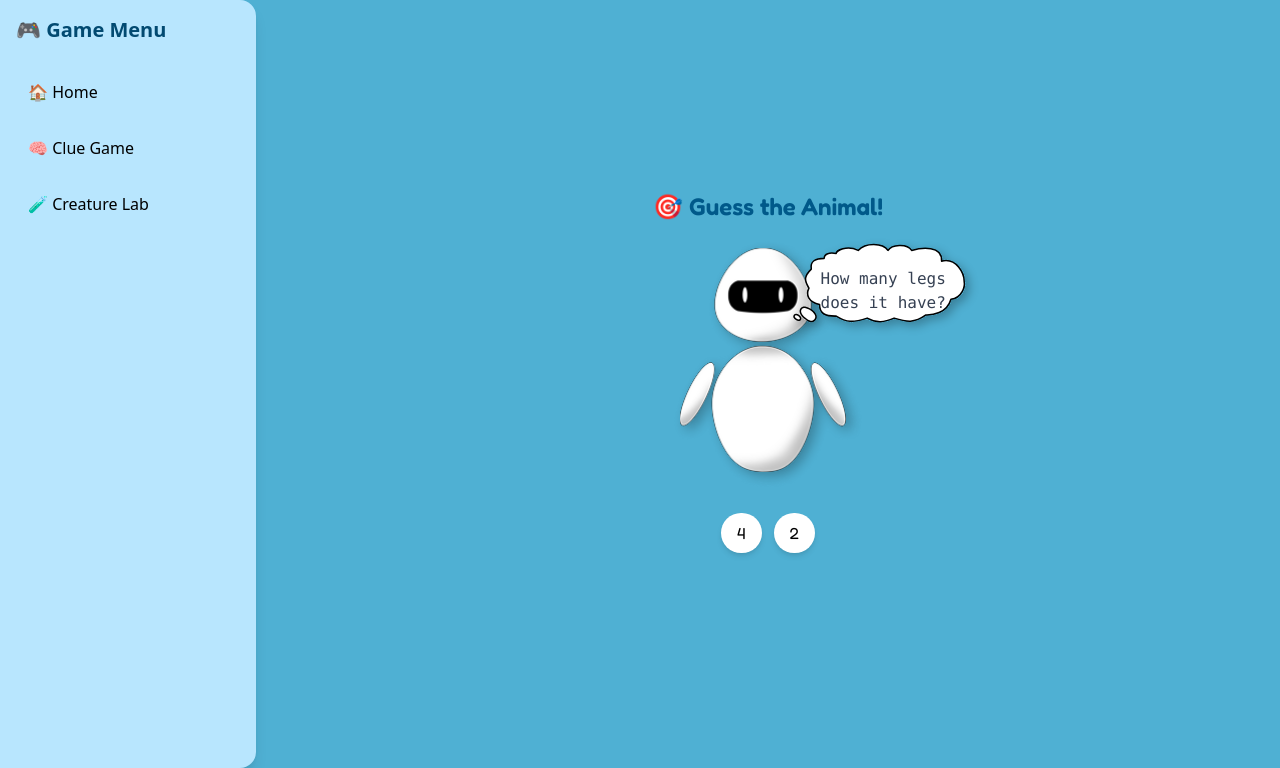
Repository: BN2323/TosAI
Page: /clue-game (app in client/)
These files come from the project's save history. The page is drawn as it stood at one moment and after the next save; the edit follows.
The browser window is 1280 px wide. The pictures show the whole page.
The project was rebuilt for these pictures with package versions that can differ from the ones it lists, and the page was loaded fresh each time. Also part of the build but not shown: client/vite.config.js, client/src/components/NavButton.jsx, client/src/pages/Home.jsx, client/src/pages/CreatureLab.jsx.

Above is the page before, as saved 2025-07-06 23:23:22.

### client/index.html
<!doctype html>
<html lang="en">
  <head>
    <meta charset="UTF-8" />
    <link rel="icon" type="image/svg+xml" href="/vite.svg" />
    <meta name="viewport" content="width=device-width, initial-scale=1.0" />
    <title>Vite + React</title>
    <link href="https://fonts.googleapis.com/css2?family=Fredoka:wght@400;600&display=swap" rel="stylesheet">
  </head>
  <body>
    <div id="root"></div>
    <script type="module" src="/src/main.jsx"></script>
  </body>
</html>

### client/src/index.css
@import "tailwindcss";

@layer components{
  .background{
    height: 100vh;
    width: 100%;
  }
  .button-hover{
    background-color: #62FFA3;
  }
  .main-col{
    background-color: #69CFF3;
  }
}

body {
  background-color: #4FB0D3;
  width: 100%;
  height: 100vh;
  overflow: hidden;
}

### client/src/App.jsx
import { BrowserRouter, Routes, Route } from "react-router-dom";
import Home from "./pages/Home";
import ClueGame from "./pages/ClueGame";
import CreatureLab from "./pages/CreatureLab";
import NavBar from "./components/NavBar";

export default function App() {
  return (
    <BrowserRouter>
      <div className="flex min-h-screen">
        {/* Sidebar */}
        <NavBar />

        {/* Page Content */}
        <div className="flex-1 p-6">
          <Routes>
            <Route path="/" element={<Home />} />
            <Route path="/clue-game" element={<ClueGame />} />
            <Route path="/creature-lab" element={<CreatureLab />} />
          </Routes>
        </div>
      </div>
    </BrowserRouter>
  );
}

### client/src/pages/ClueGame.jsx
import React, { useState, useEffect } from "react";
import Botto from "../assets/botto.png"
import DClound from "../assets/dialog clound.svg"
import Pig from "../assets/animals/pig.jpg"
import Dog from "../assets/animals/dog.jpg"
import Cat from "../assets/animals/cat.jpg"
import Cow from "../assets/animals/cow.jpg"
import Sheep from "../assets/animals/sheep.jpg"
import Horse from "../assets/animals/horse.jpg"
import Chicken from "../assets/animals/chicken.jpg"
import Duck from "../assets/animals/duck.jpg"
import Eagle from "../assets/animals/eagle.jpg"
import Owl from "../assets/animals/owl.jpg"
import Parrot from "../assets/animals/parrot.jpg"

export const animals = [
  { name: "Pig", legs: 4, habitat: "Farm", fly: "no", size: "medium", active: "day", color: "pink", sound: "Oink", src: Pig },
  { name: "Dog", legs: 4, habitat: "House", fly: "no", size: "medium", active: "day", color: "varies", sound: "Woof", src: Dog },
  { name: "Cat", legs: 4, habitat: "House", fly: "no", size: "small", active: "night", color: "varies", sound: "Meow", src: Cat },
  { name: "Cow", legs: 4, habitat: "Farm", fly: "no", size: "large", active: "day", color: "black and white", sound: "Moo", src: Cow },
  { name: "Sheep", legs: 4, habitat: "Farm", fly: "no", size: "medium", active: "day", color: "white", sound: "Baa", src: Sheep },
  { name: "Horse", legs: 4, habitat: "Farm", fly: "no", size: "large", active: "day", color: "brown", sound: "Neigh", src: Horse },
  { name: "Chicken", legs: 2, habitat: "Farm", fly: "yes", size: "small", active: "day", color: "white", sound: "Cluck", src: Chicken },
  { name: "Duck", legs: 2, habitat: "Pond", fly: "yes", size: "medium", active: "day", color: "white", sound: "Quack", src: Duck },
  { name: "Eagle", legs: 2, habitat: "Forest", fly: "yes", size: "large", active: "day", color: "brown", sound: "Screech", src: Eagle },
  { name: "Owl", legs: 2, habitat: "Forest", fly: "yes", size: "small", active: "night", color: "brown", sound: "Hoot", src: Owl },
  { name: "Parrot", legs: 2, habitat: "House", fly: "yes", size: "small", active: "day", color: "green", sound: "Squawk", src: Parrot },
  // { name: "Bee", legs: 6, habitat: "Garden", fly: "yes", size: "tiny", active: "day", color: "yellow", sound: "Buzz", src: Bee },
  // { name: "Butterfly", legs: 6, habitat: "Garden", fly: "yes", size: "tiny", active: "day", color: "varies", sound: "Silent", src: Butterfly },
  // { name: "Frog", legs: 4, habitat: "Pond", fly: "no", size: "small", active: "night", color: "green", sound: "Croak", src: Frog },
  // { name: "Snake", legs: 0, habitat: "Forest", fly: "no", size: "medium", active: "day", color: "green", sound: "Hiss", src: Snake },
  // { name: "Wolf", legs: 4, habitat: "Forest", fly: "no", size: "medium", active: "night", color: "gray", sound: "Howl", src: Wolf },
  // { name: "Bear", legs: 4, habitat: "Forest", fly: "no", size: "large", active: "day", color: "brown", sound: "Growl", src: Bear },
  // { name: "Polar Bear", legs: 4, habitat: "Arctic", fly: "no", size: "large", active: "day", color: "white", sound: "Growl", src: PolarBear },
  // { name: "Penguin", legs: 2, habitat: "Arctic", fly: "no", size: "medium", active: "day", color: "black and white", sound: "Honk", src: Penguin },
  // { name: "Kangaroo", legs: 2, habitat: "Grassland", fly: "no", size: "large", active: "day", color: "brown", sound: "Chortle", src: Kangaroo },
  // { name: "Elephant", legs: 4, habitat: "Savanna", fly: "no", size: "large", active: "day", color: "gray", sound: "Trumpet", src: Elephant },
  // { name: "Lion", legs: 4, habitat: "Savanna", fly: "no", size: "large", active: "day", color: "golden", sound: "Roar", src: Lion },
  // { name: "Tiger", legs: 4, habitat: "Forest", fly: "no", size: "large", active: "night", color: "orange", sound: "Roar", src: Tiger },
  // { name: "Deer", legs: 4, habitat: "Forest", fly: "no", size: "medium", active: "day", color: "brown", sound: "Bleat", src: Deer },
  // { name: "Giraffe", legs: 4, habitat: "Savanna", fly: "no", size: "large", active: "day", color: "yellow", sound: "Silent", src: Giraffe },
  // { name: "Monkey", legs: 2, habitat: "Forest", fly: "no", size: "small", active: "day", color: "brown", sound: "Chatter", src: Monkey },
  // { name: "Gorilla", legs: 2, habitat: "Forest", fly: "no", size: "large", active: "day", color: "black", sound: "Grunt", src: Gorilla },
  // { name: "Fox", legs: 4, habitat: "Forest", fly: "no", size: "small", active: "night", color: "red", sound: "Yip", src: Fox },
  // { name: "Bat", legs: 2, habitat: "Cave", fly: "yes", size: "small", active: "night", color: "black", sound: "Screech", src: Bat },
  // { name: "Rabbit", legs: 4, habitat: "Garden", fly: "no", size: "small", active: "night", color: "white", sound: "Silent", src: Rabbit },
  // { name: "Dolphin", legs: 0, habitat: "Ocean", fly: "no", size: "large", active: "day", color: "gray", sound: "Click", src: Dolphin },
  // { name: "Whale", legs: 0, habitat: "Ocean", fly: "no", size: "large", active: "day", color: "blue", sound: "Song", src: Whale },
  // { name: "Shark", legs: 0, habitat: "Ocean", fly: "no", size: "large", active: "day", color: "gray", sound: "Silent", src: Shark },
  // { name: "Goldfish", legs: 0, habitat: "Pond", fly: "no", size: "small", active: "day", color: "orange", sound: "Silent", src: Goldfish },
  // { name: "Crab", legs: 10, habitat: "Beach", fly: "no", size: "small", active: "day", color: "red", sound: "Clack", src: Crab },
  // { name: "Lobster", legs: 10, habitat: "Ocean", fly: "no", size: "medium", active: "night", color: "red", sound: "Clack", src: Lobster }
];


const questions = [
  { key: "legs", label: "How many legs does it have?" },
  { key: "fly", label: "Can it fly?" },
  { key: "habitat", label: "Where does it live?" },
  { key: "size", label: "What is its size?" },
  { key: "active", label: "Is it active during the day or night?" },
  { key: "color", label: "What is its main color?" },
  { key: "sound", label: "What sound does it make?" }
];

export default function ClueGame() {
  const [answers, setAnswers] = useState({});
  const [currentQIndex, setCurrentQIndex] = useState(0);
  const [gameOver, setGameOver] = useState(false);

  // Filter animals based on answers so far
  const remainingAnimals = animals.filter((animal) => {
    return Object.entries(answers).every(
      ([key, value]) => animal[key] === value
    );
  });

  // If only one animal left, end game
  if (remainingAnimals.length === 1 && !gameOver) {
    setGameOver(true);
  }

  // If no animals left, end game
  if (remainingAnimals.length === 0 && !gameOver) {
    setGameOver(true);
  }

  // Helper to get unique options for current question
  const getValidOptions = (questionKey, animalsList) => {
    const options = animalsList.map((a) => a[questionKey]);
    return [...new Set(options)];
  };

  const currentQuestion = questions[currentQIndex];

  // Options for current question filtered by remaining animals
  const options =
    currentQuestion && getValidOptions(currentQuestion.key, remainingAnimals);

  function handleAnswer(option) {
    const newAnswers = { ...answers, [currentQuestion.key]: option };
    setAnswers(newAnswers);

    // Filter animals after this answer
    const filtered = animals.filter((animal) =>
      Object.entries(newAnswers).every(([k, v]) => animal[k] === v)
    );

    if (filtered.length === 1 || filtered.length === 0) {
      setGameOver(true);
    } else {
      setCurrentQIndex(currentQIndex + 1);
    }
  }

  useEffect(() => {
    if (!gameOver && options && options.length === 1) {
      handleAnswer(options[0]);
      console.log(answers);
    }
  }, [options, gameOver]);

  return (
    <div className="min-h-screen w-full flex flex-col items-center justify-center px-4 py-6">
      {/* Game Title */}
      <h1 style={{ fontFamily: "Fredoka, sans-serif" }} className="text-2xl text-sky-800 font-semibold mb-4">
        🎯 Guess the Animal!
      </h1>

      {/* Bot + Question Bubble */}
      <div className="relative mb-6">
        <img src={Botto} alt="Bot" className="w-36 md:w-48" />
        <div className="absolute -top-2 left-[60%] w-48 h-28">
          <img src={DClound} alt="Speech Bubble" className="w-full h-full" />
          <div className="absolute top-5 left-4 right-4 flex items-center justify-center text-center">
            <p className="relative top-4 text-[16px] text-gray-700 font-mono">{currentQuestion.label}</p>
          </div>
        </div>
      </div>

      {/* Answer Buttons */}
      {!gameOver && currentQuestion && options.length > 1 && (
        <div className="flex flex-wrap gap-3 justify-center mb-6">
          {options.map((option) => (
            <button
              key={option}
              onClick={() => handleAnswer(option)}
              className="px-4 py-2 bg-white text-black text-base rounded-full shadow-md transition hover:bg-emerald-300 hover:scale-105"
              style={{ fontFamily: "Fredoka, sans-serif" }}
            >
              {option}
            </button>
          ))}
        </div>
      )}

      {/* Result */}
      {gameOver && (
        <div className="flex flex-col items-center mt-4">
          <div className="backdrop-blur-md bg-white/50 border border-white/30 rounded-2xl shadow-md px-4 py-4 w-72 h-52 flex flex-col items-center justify-between">
            <h3 className="text-lg font-medium text-sky-900">
              {remainingAnimals.length === 1
                ? `It's a ${remainingAnimals[0].name}! 🎉`
                : "Hmm... I don’t know. 😕"}
            </h3>
            <div className="w-28 h-28 overflow-hidden rounded-xl">
              {remainingAnimals[0] && (
                <img src={remainingAnimals[0].src} alt={remainingAnimals[0].name} className="object-cover w-full h-full" />
              )}
            </div>
          </div>

          <button
            onClick={() => {
              setAnswers({});
              setCurrentQIndex(0);
              setGameOver(false);
            }}
            className="mt-4 px-4 py-2 bg-white text-black text-base rounded-full shadow-md hover:bg-emerald-300 hover:scale-105"
            style={{ fontFamily: "Fredoka, sans-serif" }}
          >
            🔁 Play Again
          </button>
        </div>
      )}
    </div>
  );
}

### client/src/components/NavBar.jsx
import { Link } from "react-router-dom";

function NavBar() {
  return (
    <nav className="w-64 min-h-screen bg-sky-200 shadow-lg p-4 flex flex-col gap-2 rounded-tr-2xl rounded-br-2xl">
      <h2 className="text-xl font-bold text-sky-900 mb-4">🎮 Game Menu</h2>

      <Link
        to="/"
        className="p-3 rounded-lg hover:bg-amber-300 transition-colors duration-200 font-medium"
      >
        🏠 Home
      </Link>

      <Link
        to="/clue-game"
        className="p-3 rounded-lg hover:bg-amber-300 transition-colors duration-200 font-medium"
      >
        🧠 Clue Game
      </Link>

      <Link
        to="/creature-lab"
        className="p-3 rounded-lg hover:bg-amber-300 transition-colors duration-200 font-medium"
      >
        🧪 Creature Lab
      </Link>
    </nav>
  );
}

export default NavBar;

Loaded but not shown: client/src/main.jsx (common file)

After the next save:
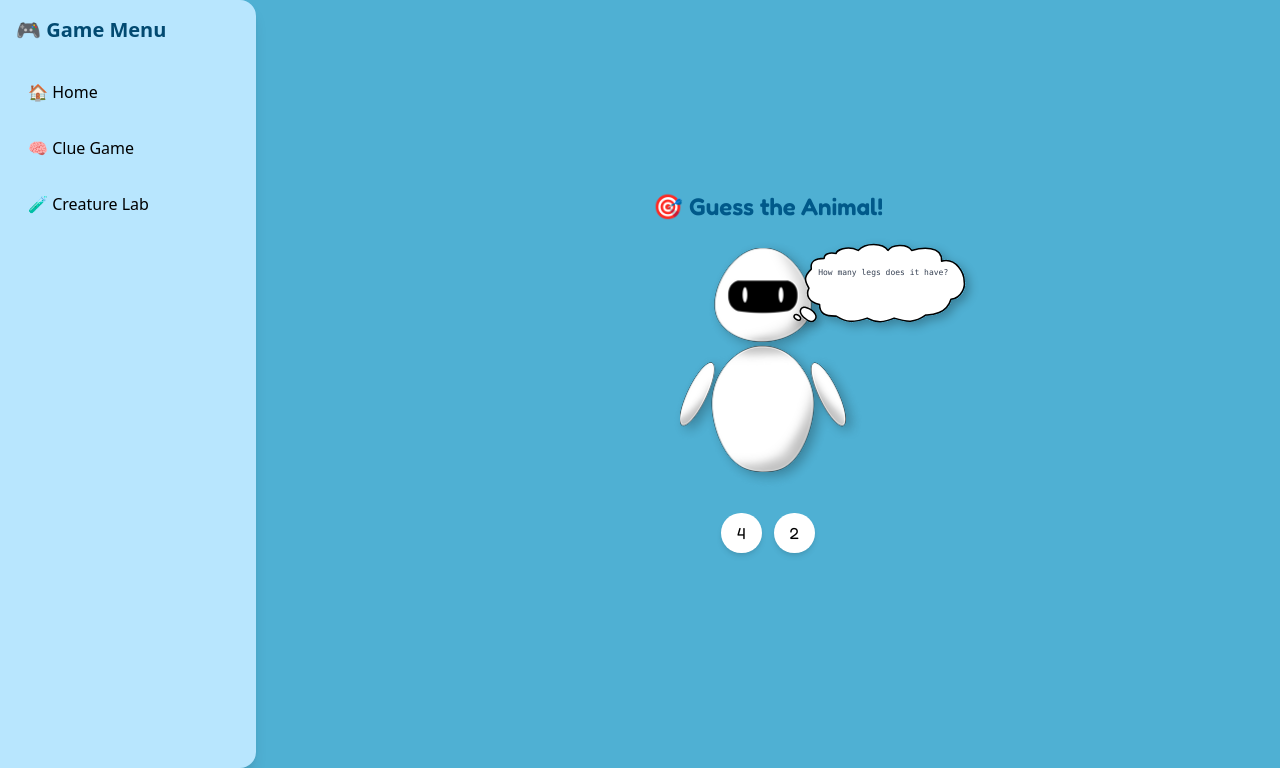
Saved 8 s later.
--- a/client/src/pages/ClueGame.jsx
+++ b/client/src/pages/ClueGame.jsx
@@ -133,7 +133,7 @@ export default function ClueGame() {
         <div className="absolute -top-2 left-[60%] w-48 h-28">
           <img src={DClound} alt="Speech Bubble" className="w-full h-full" />
           <div className="absolute top-5 left-4 right-4 flex items-center justify-center text-center">
-            <p className="relative top-4 text-[16px] text-gray-700 font-mono">{currentQuestion.label}</p>
+            <p className="relative top-4 text-[8px] text-gray-700 font-mono">{currentQuestion.label}</p>
           </div>
         </div>
       </div>
